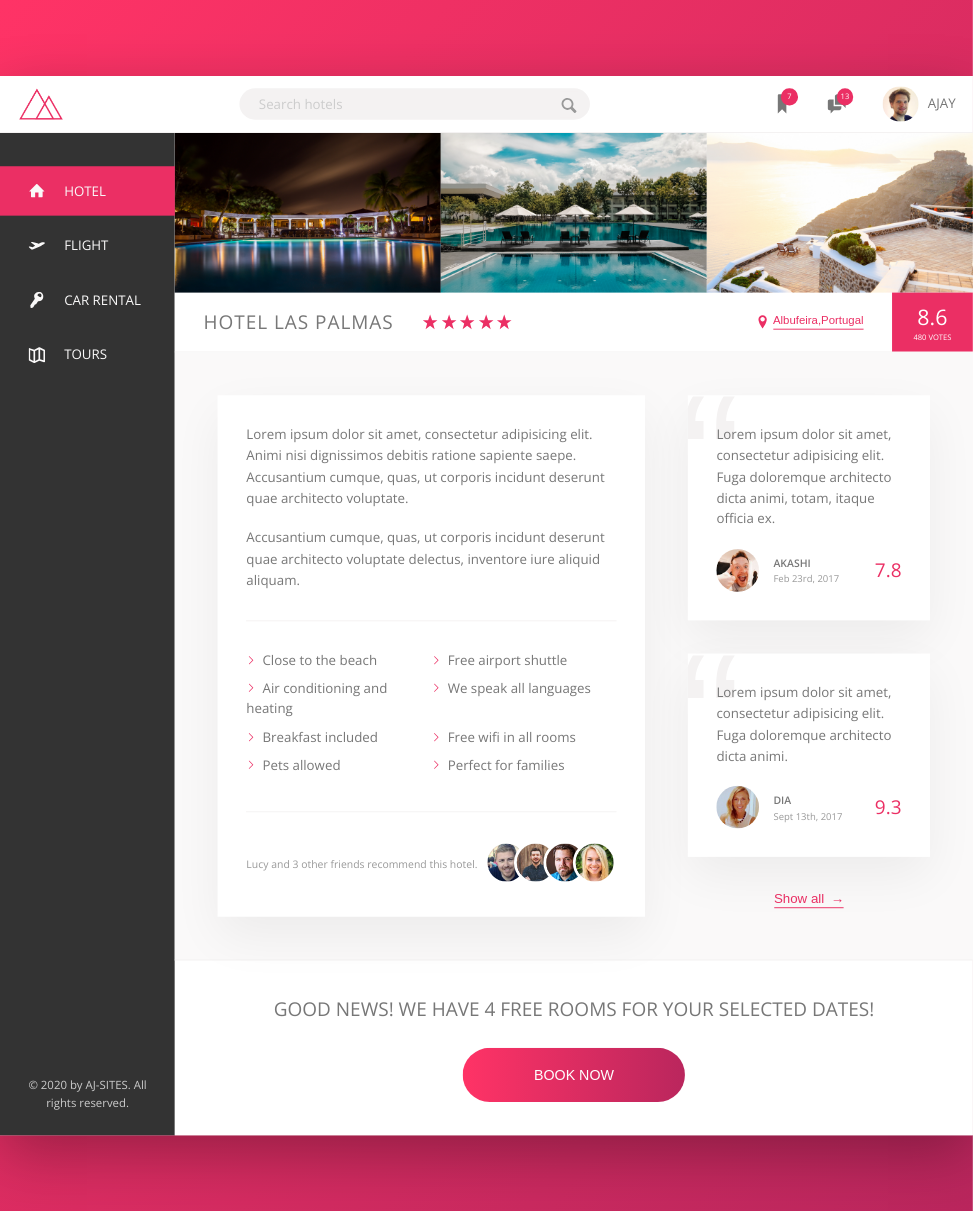
Repository: ajayaj2001/modern-Hotel
Page: /
An editor plug-in stored every save of this project. The page is shown before and after a run of saves, followed by the edit.
The browser window is 1024 px wide. The pictures show the whole page, at 95% of full size.
The project was rebuilt for these pictures with package versions that can differ from the ones it lists, and the page was loaded fresh each time.

Above is the page before, as saved 2020-12-14 11:13:34.

After the next 3 saves:
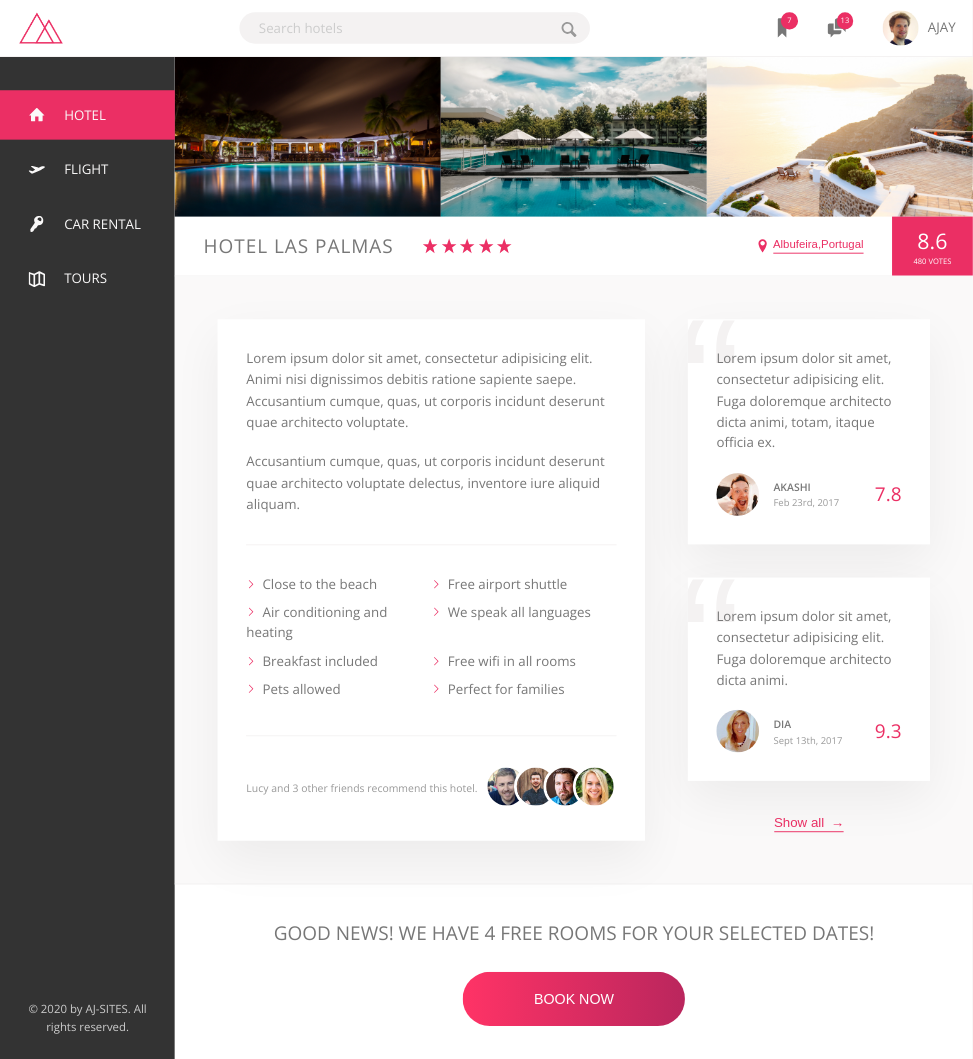
The 3 saves are shown as one change because 2 did not build or start.
The last was saved 11 min 51 s later.
--- a/src/app/App.scss
+++ b/src/app/App.scss
@@ -4,6 +4,9 @@
     background-color: var(--color-gray-light-2);
     box-shadow: 0 2rem 6rem rgba(black, 0.3);
     min-height: 50rem;
+    @media only screen and (max-width: 75rem) {
+        margin: 0;
+    }
 }
 .content {
     display: flex;
